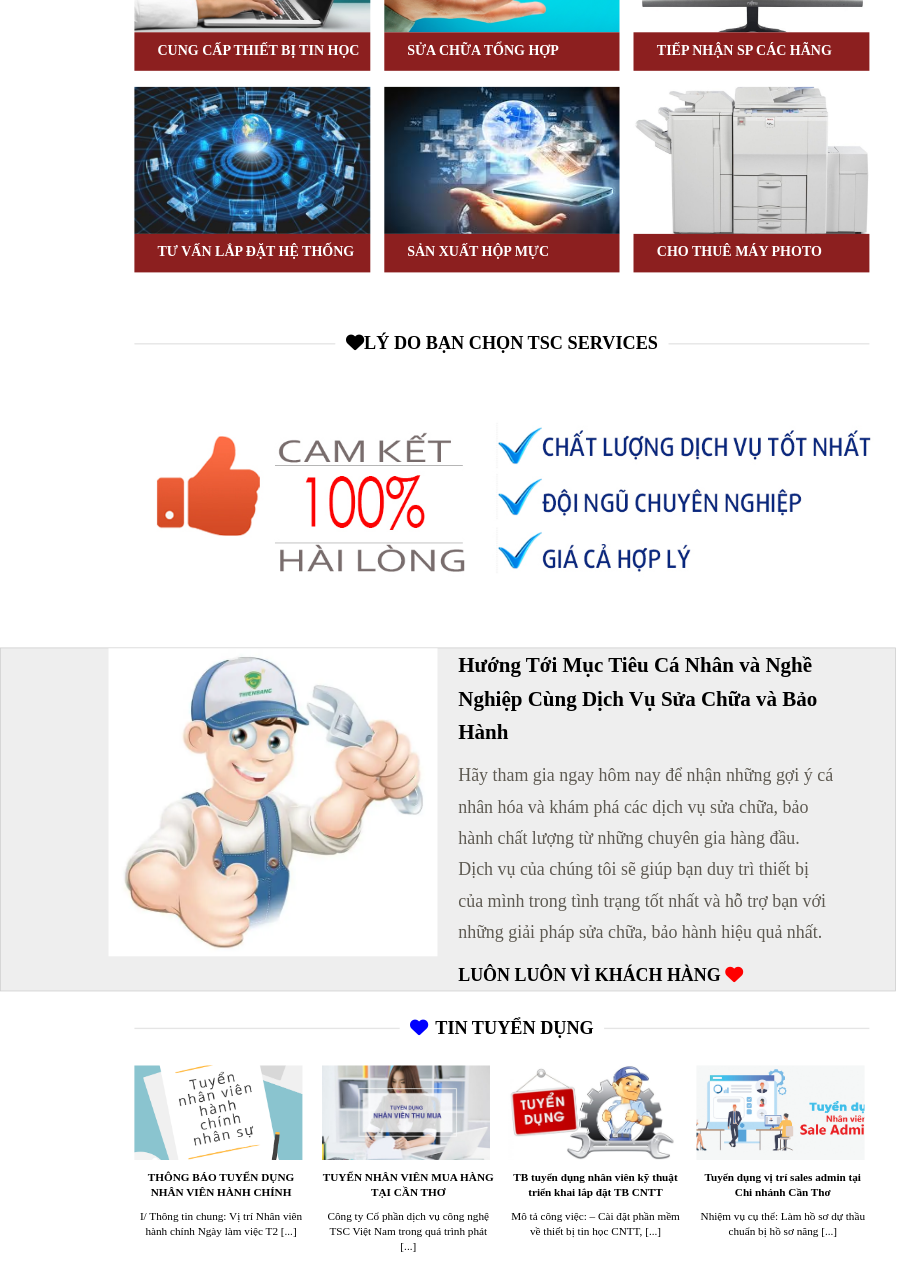
Repository: nguyentrongdai34/tsc-project
Page: index.html
The author's editor kept a copy of each file at every save. The page is drawn from the files as they stood at one save, then again after the next save.
The browser window is 1280 px wide. The page is 1288 px wide, so the pictures cover 1288 px, including what lies to the right of the window. The pictures show the part of the page from y = 813 to 2693 px (the page is 2626 px tall before and 2693 px after), at 70% of full size.

Above is the page before, as saved 2024-12-03 21:49:08.

After the next save:
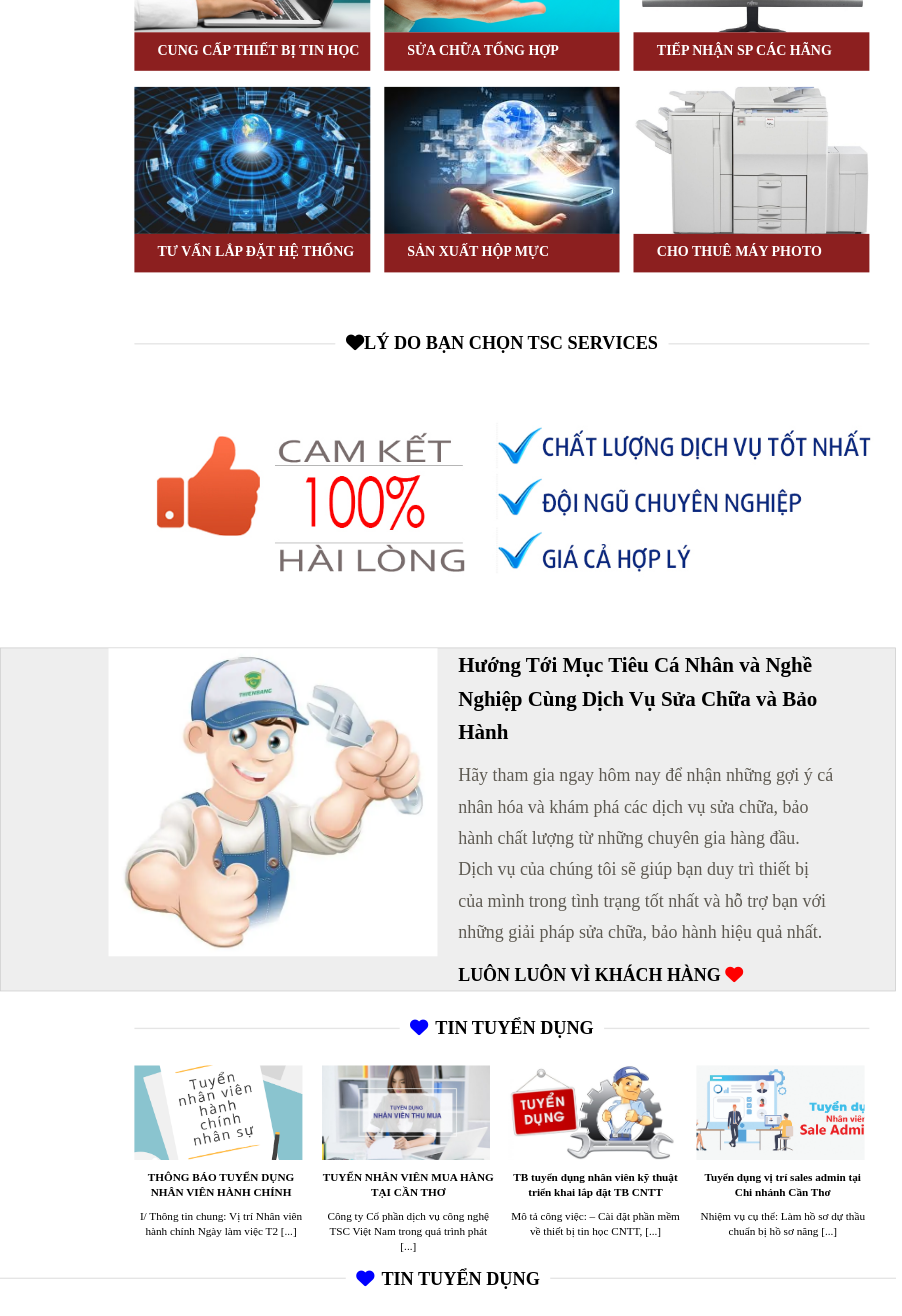
Saved 79 s later.
--- a/index.html
+++ b/index.html
@@ -203,7 +203,15 @@
     </div>
 
     <!-- client -->
-    <div class="client"></div>
+    <div class="client">
+      <h2 class="section-title">
+        <b></b>
+        <span class="section-title-main tranpernt">
+          <i class="fa-solid fa-heart"> </i>tin tuyển dụng</span
+        >
+        <b></b>
+      </h2>
+    </div>
 
     <script src="./SliderImage.js"></script>
   </body>
